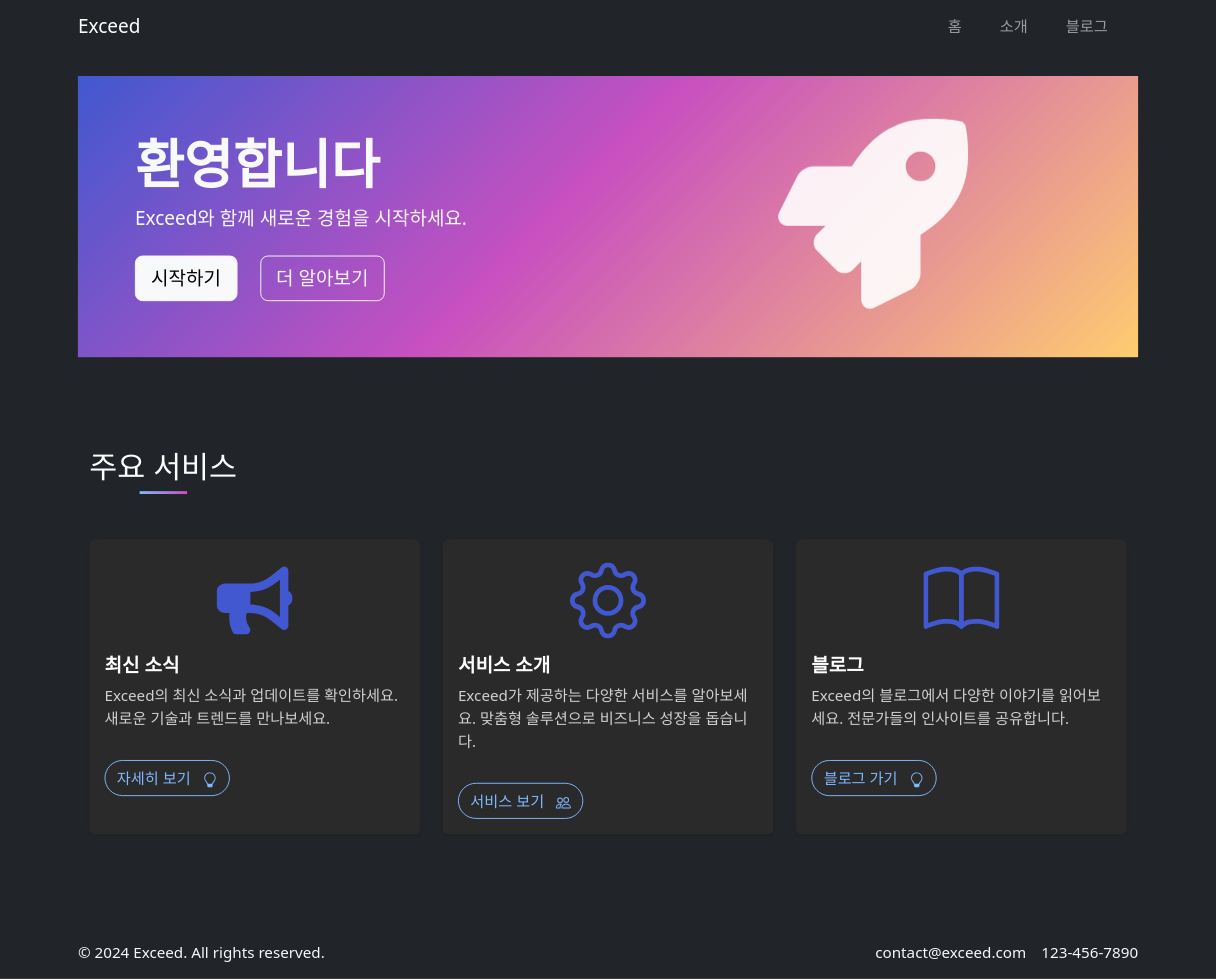
Repository: somej-123/exceed
Page: /
These files come from the project's save history. The page is drawn as it stood at one moment and after the next save; the edit follows.
The browser window is 1280 px wide. The pictures show the whole page, at 95% of full size.
The project was rebuilt for these pictures with package versions that can differ from the ones it lists, and the page was loaded fresh each time. Also part of the build but not shown: vite.config.ts, src/pages/Info.tsx, src/pages/Blog.tsx.

Above is the page before, as saved 2025-03-23 20:03:52.

After the next save:
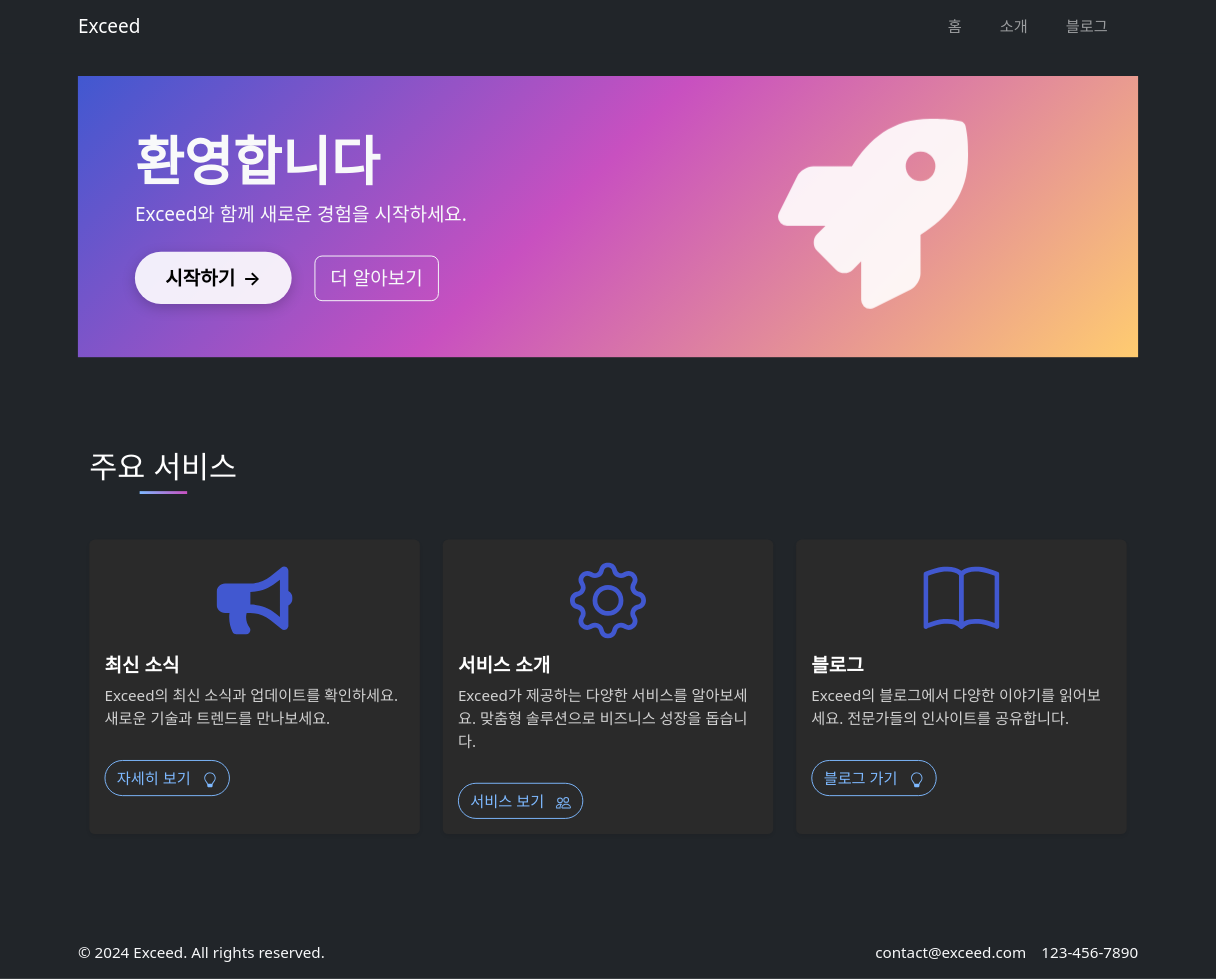
Saved 52 s later.
--- a/src/pages/Home.tsx
+++ b/src/pages/Home.tsx
@@ -13,7 +13,14 @@ const Home = () => {
             <Col md={6} className="mb-md-0">
               <h1 className="display-4 fw-bold ms-md-5">환영합니다</h1>
               <p className="lead mb-4 ms-md-5">Exceed와 함께 새로운 경험을 시작하세요.</p>
-              <Button variant="light" size="lg" className="me-3 ms-md-5">시작하기</Button>
+              <Button
+                variant="light"
+                size="lg"
+                className="me-3 ms-md-5 custom-btn"
+              >
+                시작하기
+                <span className="ms-2">→</span>
+              </Button>
               <Button variant="outline-light" size="lg" className="ms-md-2">더 알아보기</Button>
             </Col>
             <Col md={6} className="text-center">
@@ -80,6 +87,34 @@ const Home = () => {
           </Col>
         </Row>
       </Container>
+
+      {/* CSS 스타일 추가 */}
+      <style>{`
+        .custom-btn {
+          background: rgba(255, 255, 255, 0.9);
+          border: none;
+          border-radius: 50px;
+          padding: 0.8rem 2rem;
+          font-weight: 600;
+          transition: all 0.3s ease;
+          box-shadow: 0 4px 15px rgba(0, 0, 0, 0.2);
+        }
+
+        .custom-btn:hover {
+          background: #ffffff;
+          transform: translateY(-2px);
+          box-shadow: 0 8px 25px rgba(0, 0, 0, 0.3);
+        }
+
+        .custom-btn span {
+          display: inline-block;
+          transition: transform 0.3s ease;
+        }
+
+        .custom-btn:hover span {
+          transform: translateX(5px);
+        }
+      `}</style>
     </>
   );
 };
